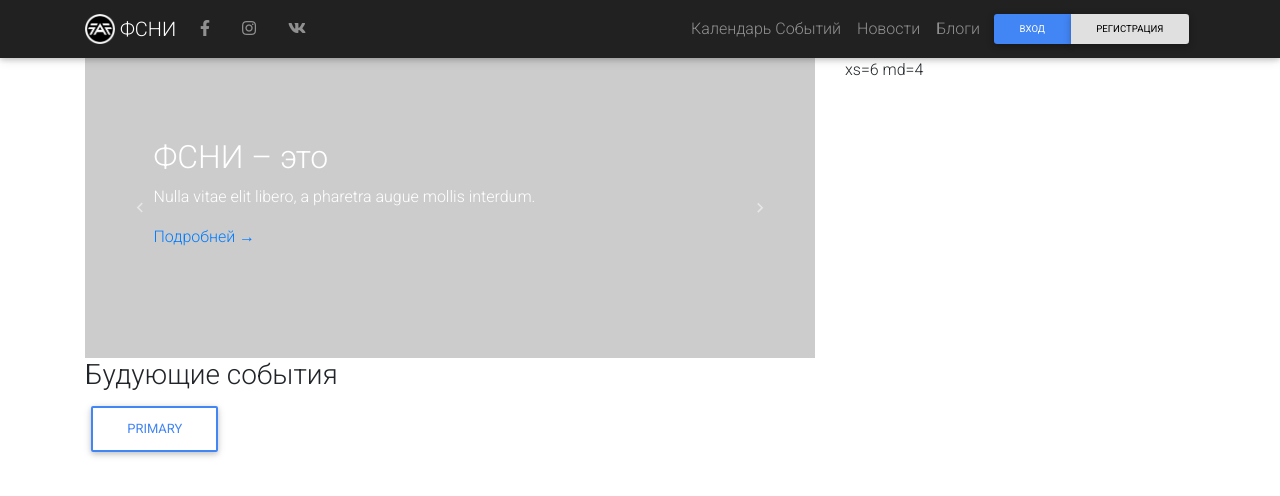
Repository: alexey1986/fsni_test
Page: /
These files come from the project's save history. The page is drawn as it stood at one moment and after the next save; the edit follows.
The browser window is 1280 px wide. The pictures show the whole page.
The project was rebuilt for these pictures with package versions that can differ from the ones it lists, and the page was loaded fresh each time. Also part of the build but not shown: src/pages/calendar.jsx, src/pages/news.jsx, src/pages/blogs.jsx.

Above is the page before, as saved 2020-08-29 10:19:21.

### src/index.js
import React from 'react';
import ReactDOM from 'react-dom';
import 'bootstrap/dist/css/bootstrap.min.css';
import '@fortawesome/fontawesome-free/css/all.min.css';
//import 'bootstrap-css-only/css/bootstrap.min.css';
import 'mdbreact/dist/css/mdb.css';


import App from './App';
import * as serviceWorker from './serviceWorker';

ReactDOM.render(
  <React.StrictMode>
    <App />
  </React.StrictMode>,
  document.getElementById('root')
);

// If you want your app to work offline and load faster, you can change
// unregister() to register() below. Note this comes with some pitfalls.
// Learn more about service workers: https://bit.ly/CRA-PWA
serviceWorker.unregister();

### src/App.js
import React from 'react';
import { BrowserRouter as Router, Route } from "react-router-dom";
import NavBarComponent from './components/nav/NavBar';
import Home from './pages/home';
import Calendar from './pages/calendar';
import News from './pages/news';
import Blogs from './pages/blogs';

const App = () => {
  return (
    <Router>
      <NavBarComponent></NavBarComponent>
      <Route path="/" exact component={Home} />
      <Route path="/calendar" exact component={Calendar} />
      <Route path="/news" exact component={News} />
      <Route path="/blogs" exact component={Blogs} />
    </Router>
  )
}


export default App;

### src/components/nav/NavBar.jsx
import React from 'react';
import { Link, NavLink } from "react-router-dom";
import { Container, Navbar, Nav, ButtonGroup, Button } from 'react-bootstrap';
import SocialButtons from './SocialButtons';
import logo from './logo.png';

const NavBarComponent = () => {
    return (
        <Navbar bg="dark" expand="lg" variant="dark" sticky="top" >
            <Container>
                <Navbar.Brand as={Link} to='/'>
                    <img
                        alt=""
                        src={logo}
                        width="30"
                        height="30"
                        className="d-inline-block align-top"
                    />{' '}
                    ФСНИ
                </Navbar.Brand>
                <Navbar.Toggle aria-controls="basic-navbar-nav" />
                <Navbar.Collapse id="basic-navbar-nav">
                    <SocialButtons />
                    <Nav>
                        <Nav.Link as={NavLink} to='/calendar'>Календарь Событий</Nav.Link>
                        <Nav.Link as={NavLink} to='/news'>Новости</Nav.Link>
                        <Nav.Link as={NavLink} to='/blogs'>Блоги</Nav.Link>
                    </Nav>
                    <ButtonGroup size="sm" aria-label="login/registration">
                        <Button variant="primary">Вход</Button>
                        <Button variant="light">Регистрация</Button>
                    </ButtonGroup>
                </Navbar.Collapse>
            </Container>
        </Navbar>
    )
}

export default NavBarComponent;

### src/pages/home.jsx
import React from 'react';
import { Container, Row, Col, Button } from 'react-bootstrap';
import CarouselComponent from '../components/carousel/Carousel';

const Home = () => {
    return (
        <Container>
            <Row>
                <Col xs={12} md={8}>
                    <CarouselComponent />
                </Col>
                <Col xs={6} md={4}>
                    xs=6 md=4
                </Col>
            </Row>

            <div>
                <h3>Будующие события</h3>
                <Button variant="outline-primary">Primary</Button>{' '}
            </div>
        </Container>
    )
}

export default Home;

### src/components/nav/SocialButtons.jsx
import React from 'react';
import { Nav } from 'react-bootstrap';
import { MDBIcon } from 'mdbreact';

const SocialButtons = () => {
  return (
    <Nav className="mr-auto" >
      <Nav.Link href="#!" className="fb-ic mr-3">
        <MDBIcon fab icon="facebook-f" />
      </Nav.Link>
      <Nav.Link href="#!" className="ins-ic mr-3">
        <MDBIcon fab icon="instagram" />
      </Nav.Link>
      <Nav.Link href="#!" className="vk-ic mr-3">
        <MDBIcon fab icon="vk" />
      </Nav.Link>
    </Nav>
  );
}

export default SocialButtons;

### src/components/carousel/Carousel.jsx
import React from 'react';
import { Carousel } from 'react-bootstrap';
import { Link } from "react-router-dom";
import './styles.css';


class CarouselComponent extends React.Component {
    render() {
        return (
            <Carousel indicators={false}>
                <Carousel.Item>
                    <Carousel.Caption>
                        <h2>ФСНИ – это </h2>
                        <p>Nulla vitae elit libero, a pharetra augue mollis interdum.</p>
                        <p>
                            <Link to='/'>Подробней &#8594;</Link>
                        </p>
                    </Carousel.Caption>
                </Carousel.Item>
                <Carousel.Item>
                    <Carousel.Caption>
                        <h2>ФСНИ – это </h2>
                        <p>Lorem ipsum dolor sit amet, consectetur adipiscing elit. Vivamus magna justo, lacinia eget consectetur sed, convallis at tellus.</p>
                        <p>
                            <Link to='/'>Подробней &#8594;</Link>
                        </p>
                    </Carousel.Caption>
                </Carousel.Item>
                <Carousel.Item>
                    <Carousel.Caption>
                        <h2>ФСНИ – это </h2>
                        <p>Lorem ipsum dolor sit amet, consectetur adipiscing elit. Vivamus magna justo, lacinia eget consectetur sed, convallis at tellus.</p>
                        <p>
                            <Link to='/'>Подробней &#8594;</Link>
                        </p>
                    </Carousel.Caption>
                </Carousel.Item>
            </Carousel>
        )
    }
}

export default CarouselComponent;

### src/components/carousel/styles.css
.carousel-item {
    background: #ccc;
    height: 300px;
}

.carousel-caption {
    top: 20%;
    bottom: auto;
    text-align: left;
}

Loaded but not shown: public/index.html (common file); src/serviceWorker.js (common file)

After the next save:
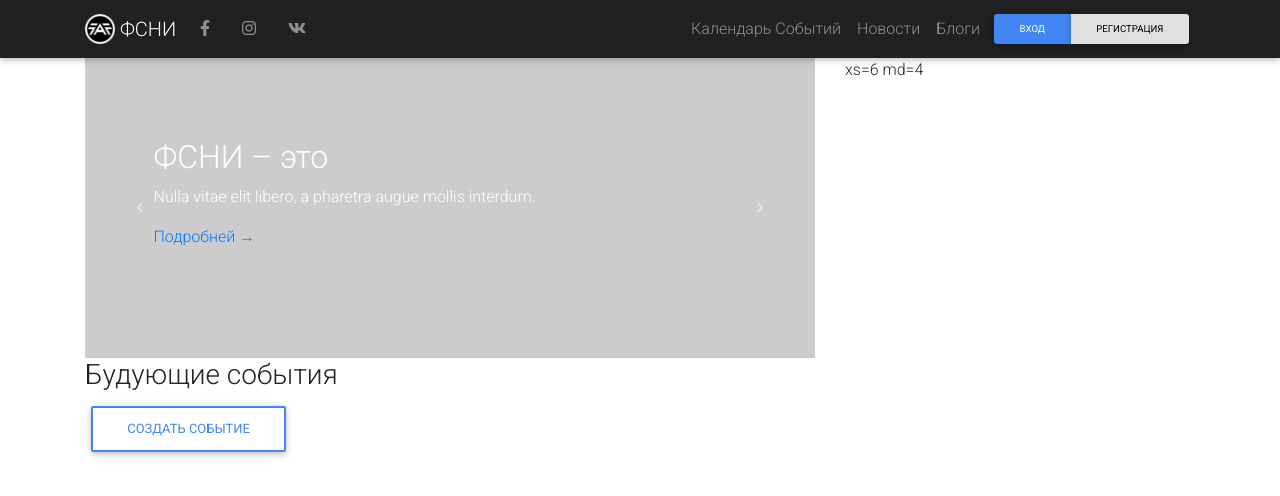
Saved 21 s later.
--- a/src/pages/home.jsx
+++ b/src/pages/home.jsx
@@ -16,7 +16,7 @@
 
             <div>
                 <h3>Будующие события</h3>
-                <Button variant="outline-primary">Primary</Button>{' '}
+                <Button variant="outline-primary">Создать Событие</Button>{' '}
             </div>
         </Container>
     )
